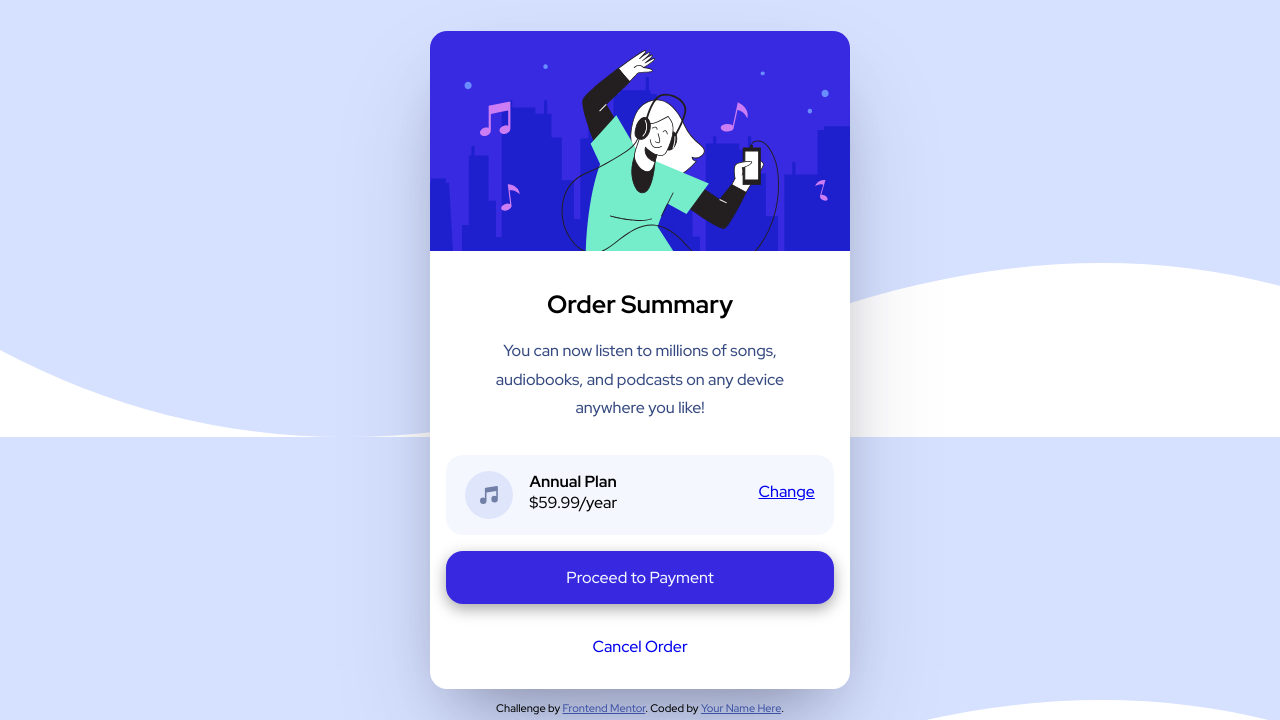
Repository: DejV44/order-summary-frontend
Page: index.html
The author's editor kept a copy of each file at every save. The page is drawn from the files as they stood at one save, then again after the next save.
The browser window is 1280 px wide. The pictures show the whole page.
The style sheet was rebuilt from its Sass, Less or Tailwind sources for each picture, by a compiler version that may differ from the author's.

Above is the page before, as saved 2021-08-13 12:25:15.

After the next save:
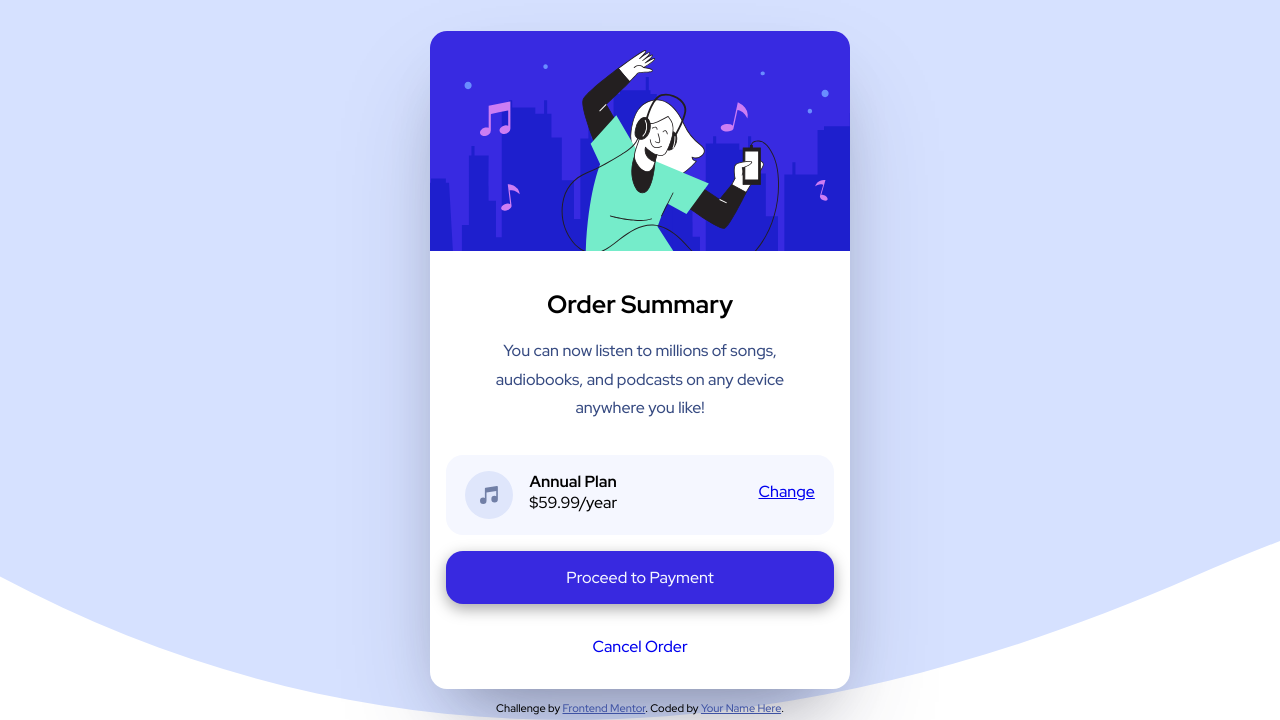
Saved 28 s later.
--- a/css/style.scss
+++ b/css/style.scss
@@ -77,5 +77,7 @@ body {
 @media (min-width: 640px) {
     body {
         background: url(/images/pattern-background-desktop.svg);
+        background-repeat: no-repeat;
+        background-size: cover;
     }
 }
